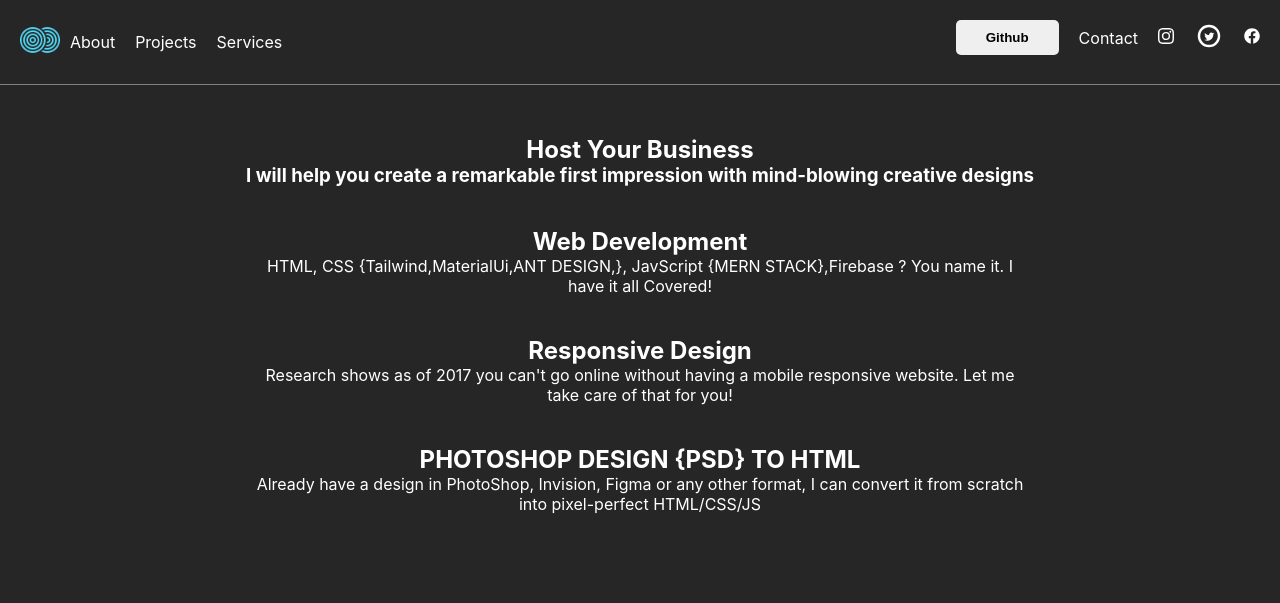
Repository: uh-sman/Portfolio
Page: /services
These files come from the project's save history. The page is drawn as it stood at one moment and after the next save; the edit follows.
The browser window is 1280 px wide. The pictures show the whole page.
The project was rebuilt for these pictures with package versions that can differ from the ones it lists, and the page was loaded fresh each time. Also part of the build but not shown: src/components/about.css, src/components/repositories.css, src/components/repositories.js, src/components/RepositoriesCard.jsx, src/components/About.jsx, src/components/projects.css, src/components/Projects.jsx.

Above is the page before, as saved 2022-11-28 20:45:05.

### src/index.js
import React from "react";
import ReactDOM from "react-dom/client";
import { BrowserRouter } from "react-router-dom";
import "./index.css";
import App from "./App";

const root = ReactDOM.createRoot(document.getElementById("root"));
root.render(
  <BrowserRouter>
    <React.StrictMode>
      <App />
    </React.StrictMode>
  </BrowserRouter>
);

### src/App.js
import "./App.css";
import { Index } from "./components/index";
import { Route, Routes } from "react-router-dom";
import About from "./components/About";
import "animate.css";
import Projects from "./components/Projects";
import Services from "./components/Services";
// import Services from "./components/Services";
function App() {
  return (
    <div className="App">
      <Index />
      <Routes>
        <Route path="/" element={<About />} />
        <Route path="/projects" element={<Projects />} />
        <Route path="/services" element={<Services />} />
      </Routes>
    </div>
  );
}

export default App;

### src/App.css
* {
  margin: 0px;
  padding: 0px;
  box-sizing: border-box;
  text-decoration: none;
  list-style: none;
}
body {
  /* background: rgb(2, 0, 36);
  background: linear-gradient(
    90deg,
    rgba(2, 0, 36, 1) 0%,
    rgba(4, 14, 33, 1) 90%,
    rgba(5, 52, 61, 1) 100%
  ); */
  background: #262626;
}

### src/components/index.js
import React from "react";
import { Navbar } from "./Navbar";
import { Route, Routes } from "react-router-dom";
export const Index = () => {
  return (
    <div>
      <Navbar />
    </div>
  );
};

### src/components/Services.jsx
import React from "react";
import "./services.css";
const Services = () => {
  return (
    <div>
      <div className="containers">
        <section className="header">
          <h2>Host Your Business</h2>
          <h3>
            I will help you create a remarkable first impression with
            mind-blowing creative designs
          </h3>
        </section>
        <div className="sections">
          <div className="head">
            <h1></h1>
            <h2>Web Development</h2>
            <text>
              <p>
                HTML, CSS{" {Tailwind,MaterialUi,ANT DESIGN,}"}, JavScript
                {" {MERN STACK}"},Firebase ? You name it. I have it all Covered!
              </p>
            </text>
          </div>
          <div>
            <h1></h1>
            <h2>Responsive Design</h2>
            <text>
              <p>
                Research shows as of 2017 you can't go online without having a
                mobile responsive website. Let me take care of that for you!
              </p>
            </text>
          </div>
          <div>
            <h1></h1>
            <h2>PHOTOSHOP DESIGN {" {PSD}"} TO HTML</h2>
            <text>
              <p>
                Already have a design in PhotoShop, Invision, Figma or any other
                format, I can convert it from scratch into pixel-perfect
                HTML/CSS/JS
              </p>
            </text>
          </div>
        </div>
      </div>
    </div>
  );
};

export default Services;
// Looking for a reliable and efficient

### src/components/Navbar.jsx
import React, { useState } from "react";
import { Link } from "react-router-dom";
import logo from "../assets/ico.png";
import "./navbar.css";
import { Profile } from "./Profile";
export const Navbar = () => {
  const [active, isActive] = useState(false);
  // const [activeLink, setActiveLink] = useState(true);
  // const clickedLink = ["teal"];
  // const clicked = document.querySelector("nav-list");

  // btn.addEventListener("click", () => {
  //   document.body.style.borderBottomColor = clickedLink;
  // });
  // for (var i = 0; i < activeLink.length; i++)
  // Get the container element
  // const activeLink = document.querySelector("nav-list");
  // const style = {
  //   backgroundColor: "red",
  //   width: "100%",
  //   height: "100%",
  // };
  // Get all buttons with class="btn" inside the container
  // const btnActive = activeLink.getElementsByClassName("btn");
  // Loop through the buttons and add the active class to the current/clicked button
  // for (var i = 0; i < btnActive.length; i++) {
  //   btnActive[i].addEventListener("click", function () {
  //     var currentMode = document.getElementsByClassName("active");
  //     currentMode[0].className = currentMode[0].className.replace("active", "");
  //     this.className += "active";
  //   });
  // }
  // activeLink.addEventListener()
  return (
    <div>
      <nav className="navbar-container">
        <div className="navbar">
          <div className="navbar-nav">
            <div>
              <a>
                <img src={logo} className="logo" />
              </a>
            </div>
            <ul className="nav-list">
              <Link to="/">
                <a href="">About</a>
              </Link>

              <Link to="/projects">
                <a href="">Projects</a>
              </Link>
              <Link to="/services" className="btn">
                <a href="">Services</a>
              </Link>
            </ul>
          </div>
          <div>
            <Profile />
          </div>
        </div>
      </nav>
    </div>
  );
};

### src/components/services.css
.sections {
  display: flex;
  flex-direction: column;
  width: 60%;
  gap: 40px;
}
.header {
}
.containers {
  padding-top: 50px;
  color: white;
  text-align: center;
  gap: 40px;
  display: flex;
  flex-direction: column;
  justify-content: center;
  margin: auto;
  align-items: center;
}

### src/components/navbar.css
.nav-list {
  display: flex;
  align-items: center;
  gap: 20px;
}
active,
.nav-list {
}
.nav-list a {
  color: white;
}
.navbar {
  margin: 20px 20px;
  display: flex;
  justify-content: space-between;
}
.navbar-nav {
  display: flex;
  gap: 10px;
}
.logo {
  width: 40px;
  height: 40px;
  color: white;
}
.navbar-container {
  border-bottom: 0.5px solid gray;
}
/* .btn {
  border: transparent;
  outline: none;
  background: rgba(2, 0, 36, 1) 0%;
} */
/* .active, */
/* .btnSelect:hover {
  border: none;
  border-bottom: 1px solid lightblue;
  cursor: pointer;
} */

@media only screen and (min-width: 200px) and (max-width: 950px) {
  .nav-list {
    display: none;
  }
}

### src/components/Profile.js
import React, { useState } from "react";
import { SiFacebook } from "react-icons/si";
import { FaWhatsapp, FaFacebook, FaRegWindowClose } from "react-icons/fa";
import { TiSocialTwitterCircular } from "react-icons/ti";
import { Link } from "react-router-dom";
import { BsInstagram } from "react-icons/bs";
import burger from "../assets/burger-menu.png";
import close from "../assets/icons8.png";

import "animate.css";
import "./profile.css";
export const Profile = () => {
  const [isActive, setIsActive] = useState(false);
  const style = {
    position: "fixed",
    top: "0",
    bottom: "0",
    right: "0",
    background: "white",
    width: "300px",
    listStyle: " none",
    padding: "20px",
    display: "flex",
    flexDirection: "column",
    transform: `${(props) =>
      props.show ? "translateX(0)" : "translateX(100%)"}`,
    textAlign: "start",

    transition: "transform 0.3s ease-in",
  };

  return (
    <div>
      <div>
        <section className="profile-section ">
          <button className="button">
            <a>Github</a>
          </button>
          <a>Contact</a>
          <a>
            <BsInstagram />
          </a>
          <a>
            <TiSocialTwitterCircular className="twitter" />
          </a>
          <a>
            <FaFacebook />
          </a>
        </section>
        {isActive ? (
          <div className="sidebar-container">
            <div>
              <FaRegWindowClose
                className="close"
                onClick={() => setIsActive(!isActive)}
              />
              {/* <img src={close} /> */}
            </div>
            <section className="sidebar-section ">
              <ul className="links">
                <Link to="/">
                  <a href="">About</a>
                </Link>
                <Link to="/projects">
                  <a href="">Projects</a>
                </Link>
                <Link to="/services">
                  <a href="">Services</a>
                </Link>
                <button className="button">
                  <a className="link">Github</a>
                </button>
                <a>Contact</a>
              </ul>
              <ul className="link-icons">
                <a>
                  <BsInstagram className="instagram" />
                </a>
                <a>
                  <TiSocialTwitterCircular className="twitter" />
                </a>
                <a>
                  <FaFacebook className="facebook" />
                </a>
              </ul>
            </section>
          </div>
        ) : (
          <div>
            <img
              src={burger}
              className="burger-menu"
              onClick={() => setIsActive(!isActive)}
            />
          </div>
        )}
      </div>
    </div>
  );
};

### src/components/profile.css
.profile-section {
  display: flex;
  gap: 20px;
  align-items: center;
  color: white;
}
.links {
  display: flex;
  flex-direction: column;
  /* display: flex; */
  align-items: center;
  gap: 20px;
}
.links a {
  color: white;
}
.sidebar-container {
  /* display: inline-block; */
  /* margin: 0 0.5rem; */
  /* animation: slideInRight 2s; */
  /* animation-duration: 2s; */
  border-top-left-radius: 10px;
  border-bottom-left-radius: 10px;
  height: 100%;
  width: 40%;
  top: 0px;
  right: 0px;
  background-color: #222222;
  position: fixed;
}
.burger-menu {
  width: 30px;
  height: 30px;
}
.close {
  color: white;
  width: 30px;
  height: 30px;
  margin-left: 10px;
  margin-top: 4px;
}
.close:hover {
  cursor: pointer;
}
.button {
  padding: 10px 30px;
  box-shadow: gray;
  border: none;
  font-weight: 700;
  border-radius: 5px;
}
.button:hover {
  cursor: pointer;
}
.button a {
  color: black;
}
.link-icons {
  margin-top: 20px;
  display: flex;
  align-items: center;
  gap: 10px;
}
.instagram {
  font-size: 20px;
}
.facebook {
  font-size: 20px;
}
.twitter {
  font-size: 30px;
}

@media only screen and (min-width: 200px) and (max-width: 950px) {
  .profile-section {
    display: none;
  }
}
@media only screen and (min-width: 950px) {
  .burger-menu {
    display: none;
  }
}
.sidebar-section {
  margin-top: 40%;
  justify-content: center;
  display: flex;
  flex-direction: column;
  align-items: center;
  color: white;
}
/* animate__slideInRight */

Loaded but not shown: public/index.html (common file); src/index.css (common file)

After the next save:
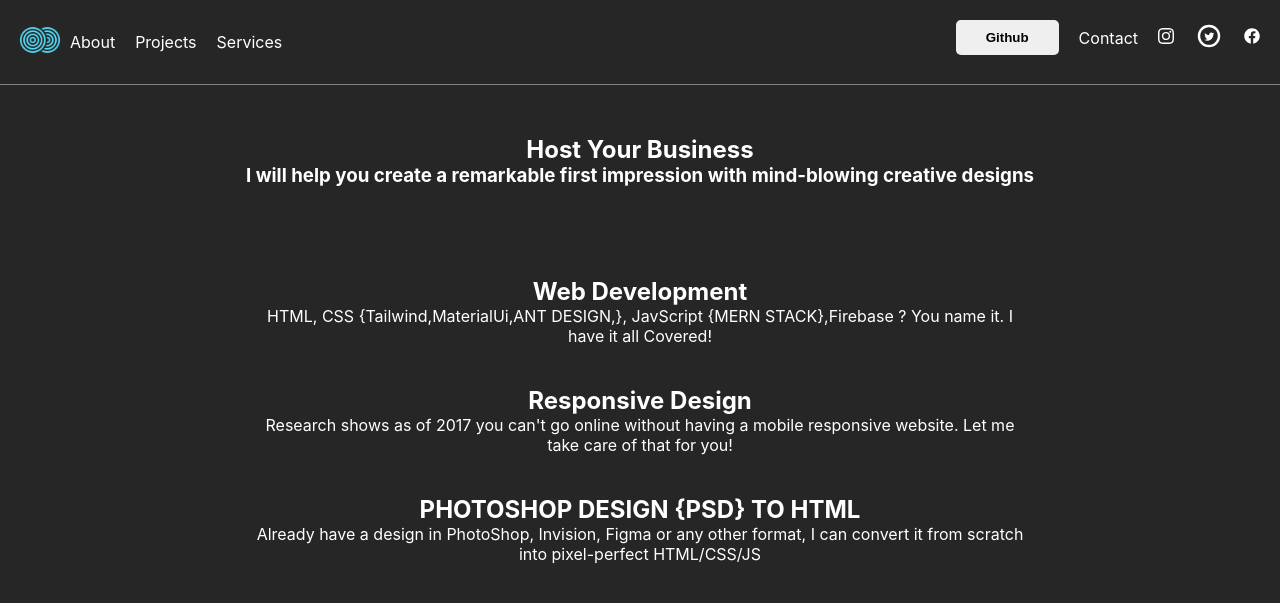
Saved 57 s later.
--- a/src/components/services.css
+++ b/src/components/services.css
@@ -10,7 +10,7 @@
   padding-top: 50px;
   color: white;
   text-align: center;
-  gap: 40px;
+  gap: 90px;
   display: flex;
   flex-direction: column;
   justify-content: center;
